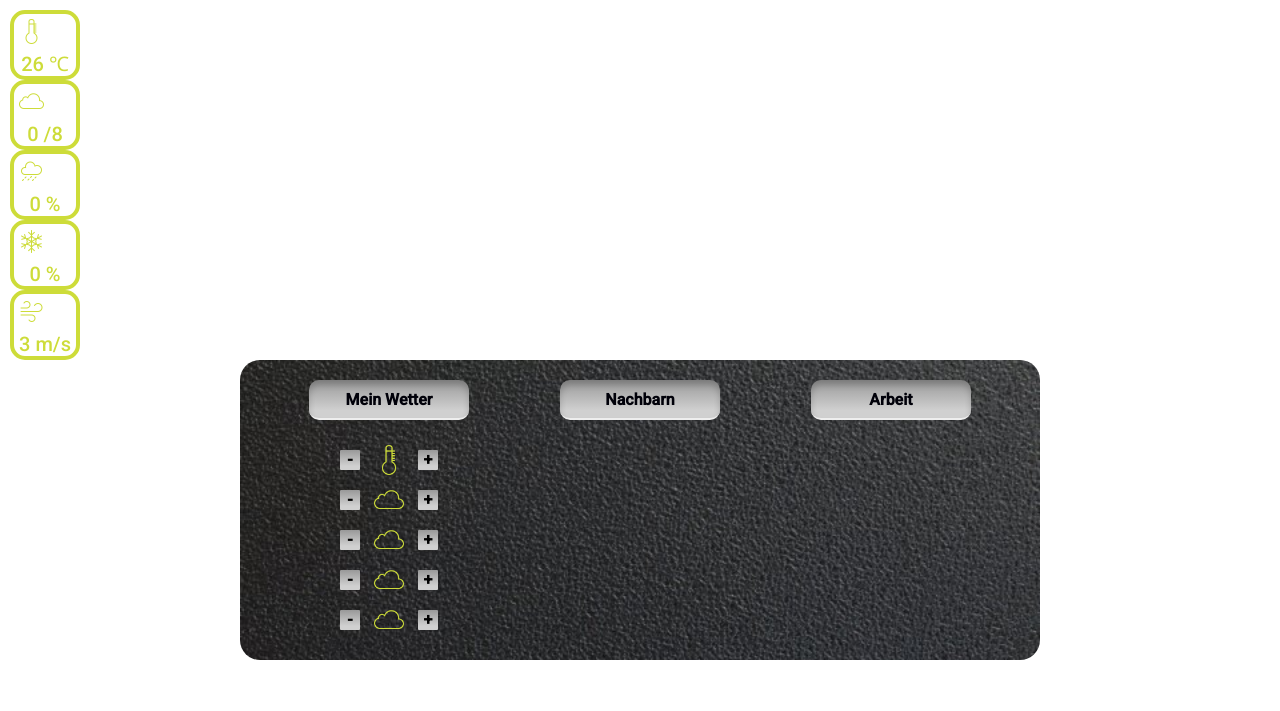
Repository: NadiaSchmitz/wetter.githab.io
Page: index.html
The author's editor kept a record of every edit. The page is drawn from the files as they stood at one moment, then again after the next edit.
The browser window is 1280 px wide. The pictures show the whole page.

Above is the page before.
Not found: styles/background1.css
Not found: styles/background2.css
Not found: styles/background3.css

### index.html
<!DOCTYPE html>
<html>

<head>
  <meta charset="utf-8" />
  <title>Das Wetter</title>
  <link rel="stylesheet" href="./styles/reset.css" type="text/css" />
  <link rel="stylesheet" href="./styles/style.css" type="text/css" />
  <link rel="stylesheet" href="./styles/icons.css" type="text/css" />
  <link rel="stylesheet" href="./styles/textur.css" type="text/css" />
  <link rel="stylesheet" href="./styles/background1.css" type="text/css" />
  <link rel="stylesheet" href="./styles/background2.css" type="text/css" />
  <link rel="stylesheet" href="./styles/background3.css" type="text/css" />
  <meta name="viewport" content="width=device-width, initial-scale=1.0">
  <link rel="preconnect" href="https://fonts.googleapis.com">
  <link rel="preconnect" href="https://fonts.gstatic.com" crossorigin>
  <link href="https://fonts.googleapis.com/css2?family=Roboto:wght@500&display=swap" rel="stylesheet">
  <link rel="shortcut icon" href="images/favicon.png" type="image/x-icon">
  <script src="https://ajax.googleapis.com/ajax/libs/jquery/2.2.0/jquery.min.js"></script>

</head>

<body>
  <section class="wrapper">
    <section class="inner_wrapper">
      <div id="weather" class="main_layout_my_weather">
        <div id="layout_1" class="layout1_my_weather"></div>
        <div class="status_wrapper">
          <div class="status status_temperature">
            <div class="status_value status_temperature_value">
              <span>26</span>
              <span class="celsius">&#8451;</span>
            </div>
          </div>
          <div class="status status_clouds">
            <div class="status_value status_clouds_value">
              <span>0</span>
              <span>/8</span>
            </div>
          </div>
          <div class="status status_rain">
            <div class="status_value status_rain_value">
              <span>0</span>
              <span>%</span>
            </div>
          </div>
          <div class="status status_snow">
            <div class="status_value status_snow_value">
              <span>0</span>
              <span>%</span>
            </div>
          </div>
          <div class="status status_wind">
            <div class="status_value status_wind_value">
              <span>3</span>
              <span>m/s</span>
            </div>
          </div>
        </div>
      </div>
      <div class="control">
        <div class="control_keyboard">
          <div class="control_keyboard_section">
            <div class="weather_button_wrapper">
              <span id="myWeather" class="weather_button">Mein Wetter</span>
            </div>
            <div class="control_keyboard_content">
              <div class="control_keyboard_content_item">
                <span class="control_button temperatur_minus">-</span>
                <span class="control_weather temperatur_value"></span>
                <span class="control_button temperatur_plus">+</span>
              </div>
              <div class="control_keyboard_content_item">
                <span class="control_button clouds_minus">-</span>
                <span class="control_weather clouds_value"></span>
                <span class="control_button clouds_plus">+</span>
              </div>
              <div class="control_keyboard_content_item">
                <span class="control_button clouds_minus">-</span>
                <span class="control_weather clouds_value"></span>
                <span class="control_button clouds_plus">+</span>
              </div>
              <div class="control_keyboard_content_item">
                <span class="control_button clouds_minus">-</span>
                <span class="control_weather clouds_value"></span>
                <span class="control_button clouds_plus">+</span>
              </div>
              <div class="control_keyboard_content_item">
                <span class="control_button clouds_minus">-</span>
                <span class="control_weather clouds_value"></span>
                <span class="control_button clouds_plus">+</span>
              </div>
            </div>
          </div>
          <div class="control_keyboard_section">
            <div class="weather_button_wrapper">
              <span id="nachbarnWeather" class="weather_button">Nachbarn</span>
            </div>
          </div>
          <div class="control_keyboard_section">
            <div class="weather_button_wrapper">
              <span id="arbeitWeather" class="weather_button">Arbeit</span>
            </div>
          </div>
        </div>
      </div>
    </section>
  </section>
  <script type="text/javascript" src="./js/weather.js"></script>
  <script type="text/javascript" src="./js/general.js"></script>
</body>

</html>

### styles/reset.css
html, body, div, span, applet, object, iframe,
h1, h2, h3, h4, h5, h6, p, blockquote, pre,
a, abbr, acronym, address, big, cite, code,
del, dfn, em, img, ins, kbd, q, s, samp,
small, strike, strong, sub, sup, tt, var,
b, u, i, center,
dl, dt, dd, ol, ul, li,
fieldset, form, label, legend,
table, caption, tbody, tfoot, thead, tr, th, td,
article, aside, canvas, details, embed,
figure, figcaption, footer, header, hgroup,
menu, nav, output, ruby, section, summary,
time, mark, audio, video {
	margin: 0;
	padding: 0;
	box-sizing: border-box;
	border: 0;
	font-size: 100%;
	font: inherit;
	vertical-align: baseline;
}
/* HTML5 display-role reset for older browsers */
article, aside, details, figcaption, figure,
footer, header, hgroup, menu, nav, section {
	display: block;
}
body {
	line-height: 1;
}
ol, ul {
	list-style: none;
}
blockquote, q {
	quotes: none;
}
blockquote:before, blockquote:after,
q:before, q:after {
	content: '';
	content: none;
}
table {
	border-collapse: collapse;
	border-spacing: 0;
}

### styles/style.css
.inner_wrapper {
  font-family: 'Roboto', sans-serif;
}

.weather {
  position: relative;
  width: 800px;
  height: 533px;
  background-image: url(../images/palm.jpg);
  background-size: cover;
  background-repeat: no-repeat;
  background-position: 50%;
  margin: 50px auto 20px;
}

.layout {
  position: absolute;
  top: 0;
  bottom: 0;
  left: 0;
  right: 0;
  background-image: url(../images/sunshine.png);
  background-size: cover;
  background-position: 40% 0;
}

.status_wrapper {
  padding: 10px 0 0 10px;
}

.status {
  position: relative;
  width: 70px;
  height: 70px;
  border-radius: 15px;
  border-width: 3px;
  border: 4px solid #cddc39;
  background-size: 25px;
  background-position: 5px 5px;
  background-repeat: no-repeat;
}

.status_value {
  font-size: 20px;
  line-height: 40px;
  text-align: center;
  color: #cddc39;
  margin: 30px 0 0 0;
}

.control {

}

.control_keyboard {
  width: 800px;
  height: 300px;
  background-color: #3a3939;
  background-size: cover;
  border-radius: 20px;
  text-align: center;
  margin: 0 auto;
  padding: 20px;
}

.control_keyboard_section {
  display: inline-block;
  vertical-align: top;
  width: 32.5%;
  padding: 0 10px 0 10px;
}

.weather_button_wrapper {
  margin: 0 0 30px 0;
}

.weather_button {
  width: 160px;
  height: 40px;
  border-bottom: 2px solid #eee;
  box-shadow: inset rgba(0,0,0,0.2) 0px 5px 6px;
  display: block;
  font-size: 16px;
  line-height: 40px;
  color: #000009;
  font-weight: 700;
  text-align: center;
  text-decoration: none;
  background-image: -webkit-linear-gradient(top, #999, #d0d0d0 80%);
  background-image: -moz-linear-gradient(top, #999, #d0d0d0 80%);
  background-image: -ms-linear-gradient(top, #999, #d0d0d0 80%);
  background-image: -o-linear-gradient(top, #999, #d0d0d0 80%);
  background-image: linear-gradient(top, #999, #d0d0d0 80%);
  -moz-border-radius: 10px;
  -webkit-border-radius: 10px;
  border-radius: 10px;
  -webkit-transition: all .1s ease-in;
  -moz-transition: all .1s ease-in;
  -ms-transition: all .1s ease-in;
  -o-transition: all .1s ease-in;
  transition: all .1s ease-in;
  cursor: pointer;
  margin: 0 auto;
}

.weather_button:hover {
  -webkit-box-shadow: rgba(0,0,0,.4) 0 3px 8px;
  -moz-box-shadow: rgba(0,0,0,.4) 0 3px 8px;
  box-shadow: rgba(0,0,0,.4) 0 3px 8px;
}

.weather_button:active {
  color: #777;
  border-bottom: 1px solid #fff;
  -webkit-box-shadow: inset rgba(0,0,0,.5) 0px 5px 10px;
  -moz-box-shadow: inset rgba(0,0,0,.5) 0px 5px 10px;
  box-shadow: inset rgba(0,0,0,.5) 0px 5px 10px;
}

.control_keyboard_content_item {
  margin: 0 0 15px 0;
}

.control_button {
  display: inline-block;
  vertical-align: top;
  width: 20px;
  height: 20px;
  font-size: 16px;
  line-height: 20px;
  font-weight: 700;
  text-align: center;
  background-image: -webkit-linear-gradient(top, #999, #d0d0d0 80%);
  background-image: -moz-linear-gradient(top, #999, #d0d0d0 80%);
  background-image: -ms-linear-gradient(top, #999, #d0d0d0 80%);
  background-image: -o-linear-gradient(top, #999, #d0d0d0 80%);
  background-image: linear-gradient(top, #999, #d0d0d0 80%);
  -moz-border-radius: 1px;
  -webkit-border-radius: 1px;
  border-radius: 1px;
  -webkit-transition: all .1s ease-in;
  -moz-transition: all .1s ease-in;
  -ms-transition: all .1s ease-in;
  -o-transition: all .1s ease-in;
  transition: all .1s ease-in;
}

.control_weather {
  display: inline-block;
  vertical-align: top;
  width: 30px;
  height: 30px;
  background-position: 50%;
  background-size: cover;
  margin: -5px 10px 0 10px;
}

### js/weather.js
var weatherArray = [];
weatherArray = [
  {
    weatherOwner: "myWeather",
    temperaturUnderLimit: 25,
    temperaturStandart: 26,
    temperaturUpperLimit: 27,
    cloudsUnderLimit: 0,
    cloudsStandart: 0,
    cloudsUpperLimit: 1,
    rainUnderLimit: 0,
    rainStandart: 0,
    rainUpperLimit: 5,
    snowUnderLimit: 0,
    snowStandart: 0,
    snowUpperLimit: 0,
    windUnderLimit: 3,
    windStandart: 3,
    windUpperLimit: 5,
    mainLayout: "",
    layout1: "",
    layout2: ""
  },

  {
    weatherOwner: "nachbarnWeather",
    temperaturUnderLimit: 3,
    temperaturStandart: 5,
    temperaturUpperLimit: 8,
    cloudsUnderLimit: 7,
    cloudsStandart: 8,
    cloudsUpperLimit: 9,
    rainUnderLimit: 80,
    rainStandart: 90,
    rainUpperLimit: 100,
    snowUnderLimit: 0,
    snowStandart: 0,
    snowUpperLimit: 0,
    windUnderLimit: 20,
    windStandart: 30,
    windUpperLimit: 40,
    mainLayout: "",
    layout1: "",
    layout2: ""
  },

  {
    weatherOwner: "arbeitWeather",
    temperaturUnderLimit: -10,
    temperaturStandart: -20,
    temperaturUpperLimit: -30,
    cloudsUnderLimit: 3,
    cloudsStandart: 4,
    cloudsUpperLimit: 5,
    rainUnderLimit: 0,
    rainStandart: 0,
    rainUpperLimit: 100,
    snowUnderLimit: 0,
    snowStandart: 0,
    snowUpperLimit: 0,
    windUnderLimit: 20,
    windStandart: 30,
    windUpperLimit: 40,
    mainLayout: "",
    layout1: "",
    layout2: ""
  },
]

### js/general.js
$(document).ready(function() {
    var widthScreen = $(window).width() - 700;
    var heightScreen = widthScreen / 1.5;

    var screenRatio = widthScreen / heightScreen;

    console.log(widthScreen);
    console.log(heightScreen);
    console.log(screenRatio);

    $(".weather").css("width", widthScreen);
    $(".weather").css("height", heightScreen);
})

Loaded but not shown: styles/icons.css (library); styles/textur.css (library)

After the next edit:
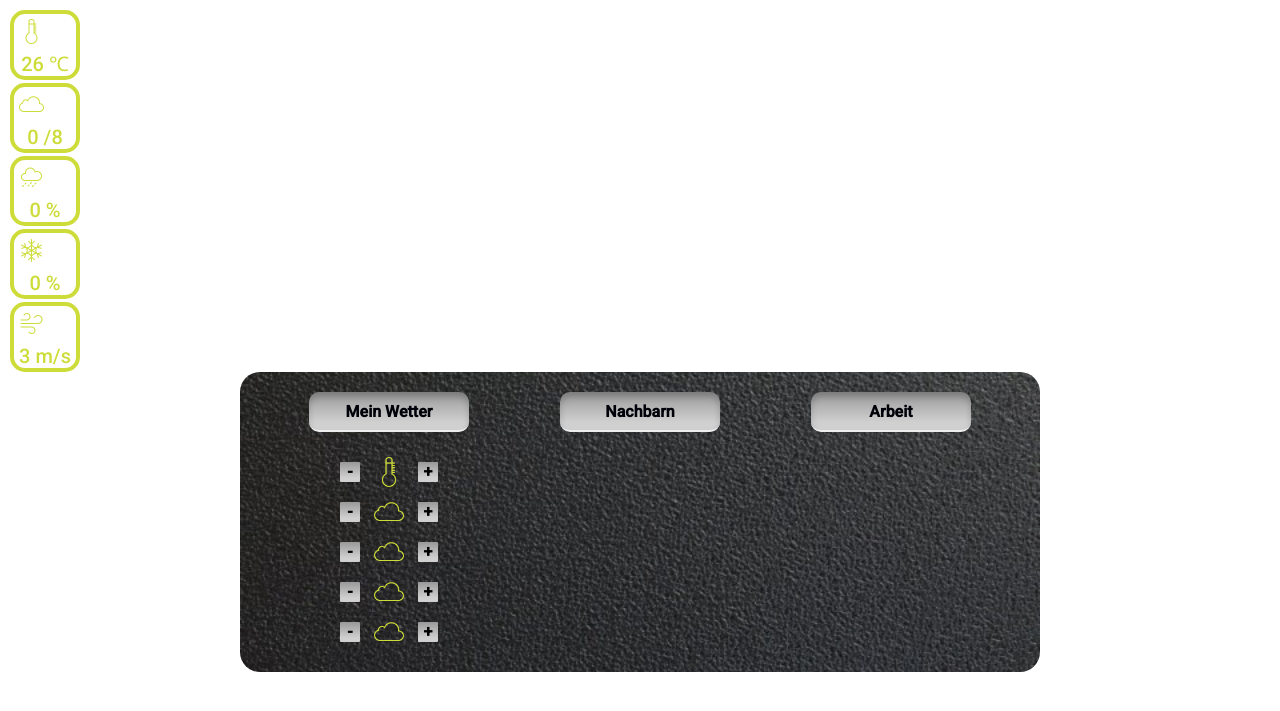
The edit:
--- a/styles/style.css
+++ b/styles/style.css
@@ -38,6 +38,11 @@
   background-size: 25px;
   background-position: 5px 5px;
   background-repeat: no-repeat;
+  margin: 0 0 3px 0;
+}
+
+.status:last-of-type {
+  margin: 0;
 }
 
 .status_value {
